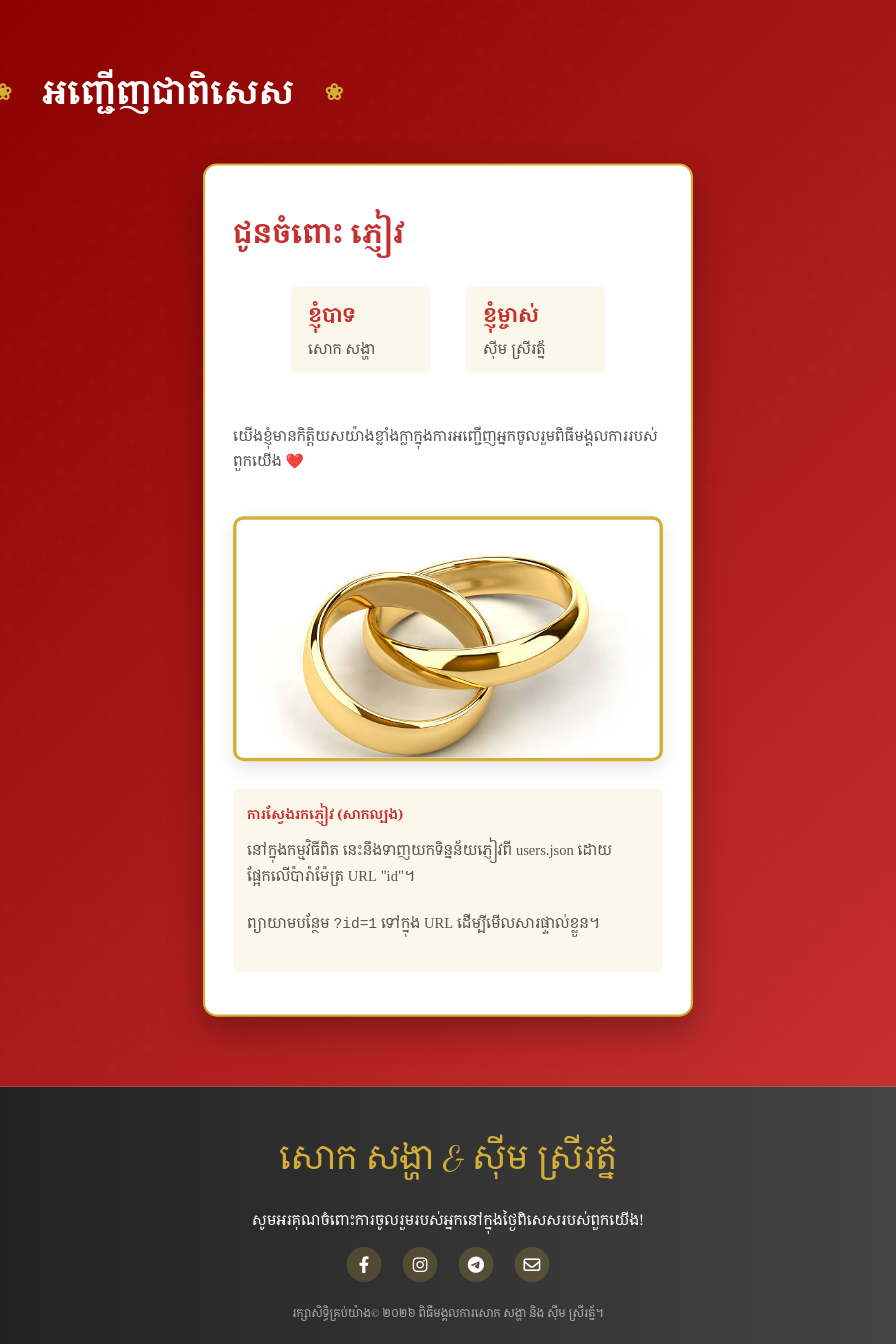
Repository: Kimrith/weeding
Page: index.html
These files come from the project's save history. The page is drawn as it stood at one moment and after the next save; the edit follows.
The browser window is 1280 px wide. The pictures show the part of the page from y = 2948 to 4868 px (the page is 4868 px tall before and 4576 px after), at 70% of full size.

Above is the page before, as saved 2026-02-02 01:54:41.

After the next save:
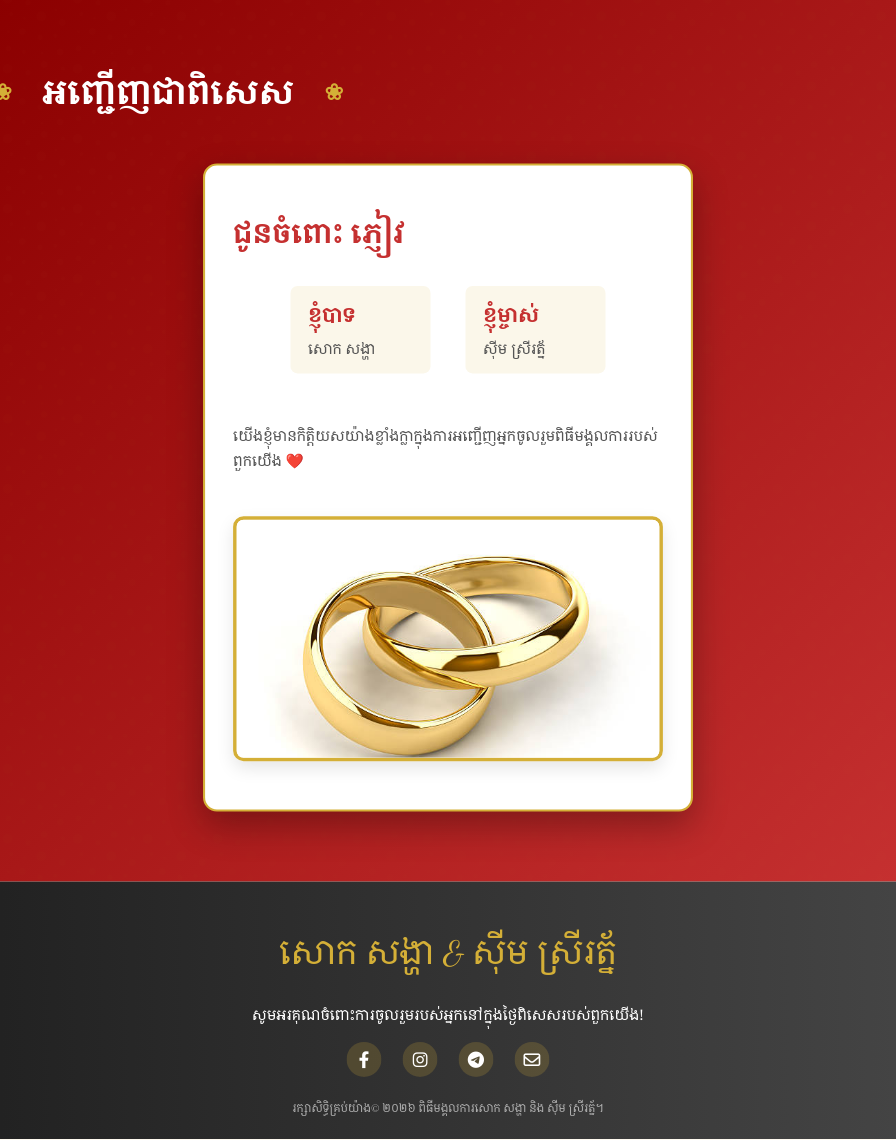
Saved 2 min 59 s later.
--- a/index.html
+++ b/index.html
@@ -848,27 +848,6 @@
             ❤️
           </p>
           <img src="./img/image.png" alt="ពិធីមង្គលការ" />
-
-          <div
-            style="
-              margin-top: 30px;
-              padding: 20px;
-              background-color: rgba(212, 175, 55, 0.1);
-              border-radius: 10px;
-            "
-          >
-            <h3 style="color: var(--primary-red); margin-bottom: 15px">
-              ការស្វែងរកភ្ញៀវ (សាកល្បង)
-            </h3>
-            <p>
-              នៅក្នុងកម្មវិធីពិត នេះនឹងទាញយកទិន្នន័យភ្ញៀវពី users.json
-              ដោយផ្អែកលើប៉ារ៉ាម៉ែត្រ URL "id"។
-            </p>
-            <p>
-              ព្យាយាមបន្ថែម <code>?id=1</code> ទៅក្នុង URL
-              ដើម្បីមើលសារផ្ទាល់ខ្លួន។
-            </p>
-          </div>
         </div>
       </div>
     </section>
